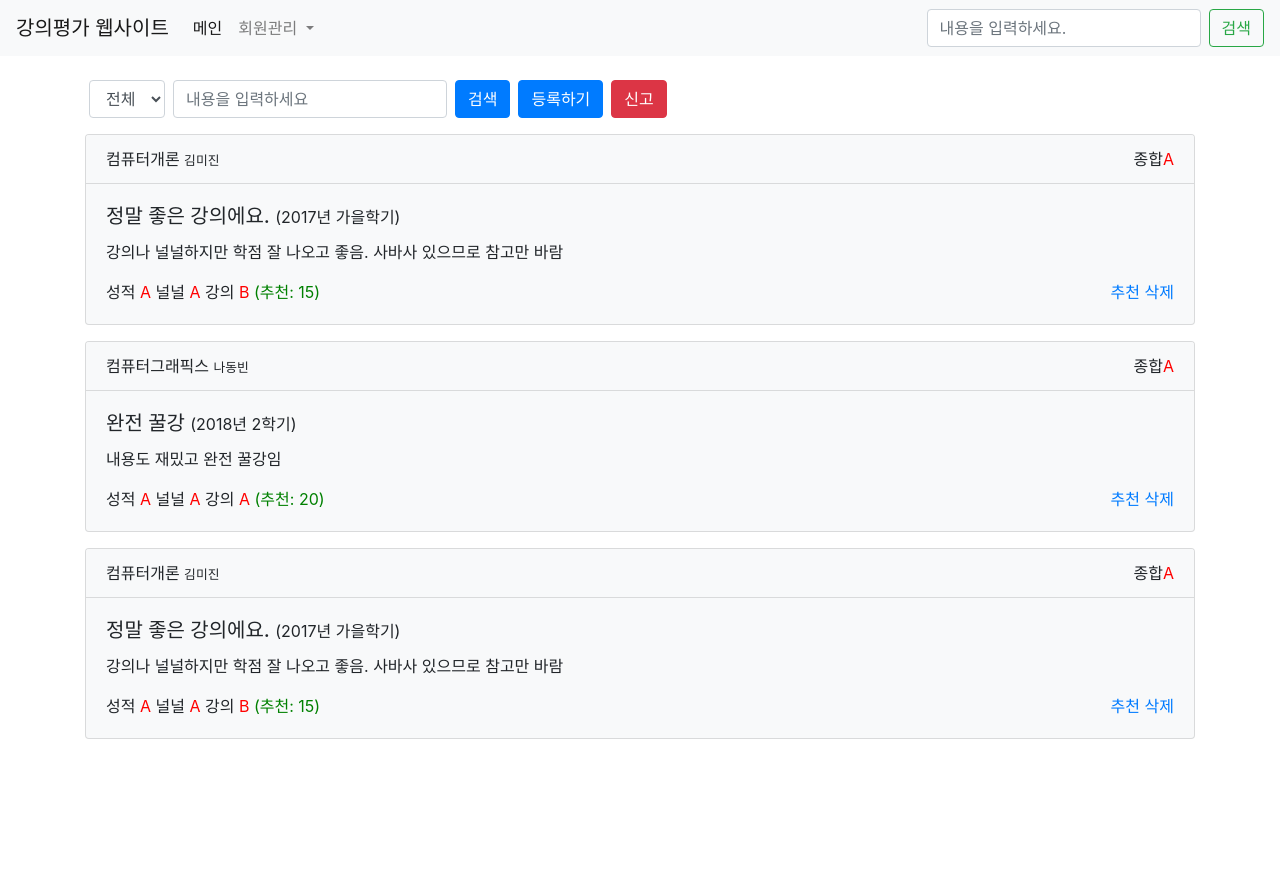
Repository: mijin99/lecture-evaluation
Page: http://localhost/Lecture_Evaluation/
An editor plug-in stored every save of this project. The page is shown before and after the next save, followed by the edit.
The browser window is 1280 px wide. The pictures show the whole page.
The page is served by Tomcat 9. Other server files are loaded and not shown.

Above is the page before, as saved 2020-12-24 17:34:11.

### Lecture Evaluation/WebContent/index.jsp
<%@ page language="java" contentType="text/html; charset=UTF-8"
    pageEncoding="UTF-8"%> <!--  한글로 -->
    <!-- PUBLIC부터 쭉 지움 -> HTML5 사용을 위해  -->
<!DOCTYPE html>
<html>
<head>
	<meta http-equiv="Content-Type" content="text/html; charset=UTF-8">
	<!-- 반응형웹이기 때문에 뷰 포트에 관련한 메타태그를 넣어줘야함 /디바이스너비                           -->
	<meta name ="viewport" content="width=device-width, initial-scale=1, Shrink-to-fit =no" >
	<title>강의평가 웹사이트</title>
	<!--  부트스트랩 css추가 -->
	<link rel="stylesheet" href="./css/bootstrap.min.css">
	<!--  커스텀 css추가 -->
	<link rel="stylesheet" href="./css/custom.css">
</head>
<body>
	<!--네비게이션  바 (HTML5부터)/부트스트랩이 제공 밝은 하양바-->
	<nav class="navbar navbar-expand-lg navbar-light bg-light">
		<!-- 부트스트랩안에서 로고 같은거 출력 -->
		<a class="navbar-brand" href="index.jsp">강의평가 웹사이트</a>
		<!-- 누르면 navbar id요소가 보였다 안보였다. -->
		<button class="navbar-toggler" type="button" data-toggle="collapse" data-target="#navbar">
			<!-- 점 3개 아이콘 -->
			<span class="navbar-toggler-icon"></span>
		</button>
		<!-- 버튼 눌러서 나타났다, 사라졌다 하는 부분  #navbar << 이거-->
		<div id="navbar" class="collapse navbar-collapse">
			<ul class="navbar-nav mr-auto">
				<li class="nav-item active">
					<a class="nav-link" href="index.jsp">메인</a>
				</li>
				<!-- 누르면 목록나옴 dropdown  -->
				<li class="nav-item dropdown">
				<!-- 눌르면 나타났다 사라졌다.. toggle -->
					<a class="nav-link dropdown-toggle" id="dropdown" data-toggle="dropdown">
						회원관리
					</a>
					<div class="dropdown-menu" aria-labelledby="dropdown">
						<a class="dropdown-item" href="#">로그인</a>
						<a class="dropdown-item" href="#">회원가입</a>
						<a class="dropdown-item" href="#">로그아웃</a>
					</div>
				</li>
			</ul>
			<!-- 검색창  -->
			<form class="form-inline my-2 my-lg-0">
				<input class="form-control mr-sm-2" type="search" placeholder="내용을 입력하세요." aria-label="Search">
					<!-- 전송버튼 -->
				<button class="btn btn-outline-success my-2 my-sm-0" type="submit">검색</button>
			</form>
		</div>
	</nav>

	<!-- 본문 내용 -->   <!-- 컨테이너 - 반응형 -->
	<section class="container">						<!-- 위로 마진 3 -->
		<form method="get" action="./index.jsp" class="form-inline mt-3">
			<!-- 강의 구분  -->								<!-- 마진 -->
			<select name="lectureDivide" class="form-control mx-1 mt-2">
				<option value="전체">전체</option>
				<option value="전공">전공</option>
				<option value="교양">교양</option>
				<option value="기타">기타</option>
			</select>
			<input type="text" name="search" class="form-control mx-1 mt-2" placeholder="내용을 입력하세요">
			<button type="submit" class="btn btn-primary mx-1 mt-2">검색</button>
			<!-- 모달창으로 강의평가 등록하기 -->						<!-- 웹페이지 위쪽 등록양식 -->
			<a class="btn btn-primary mx-1 mt-2" data-toggle="modal" href="#registerModal">등록하기</a>
			<a class="btn btn-danger mx-1 mt-2" data-toggle="modal" href="#reportModal">신고</a>
		</form>


		<!-- 강의평가 등록했을 때 보이는 모습 카드-->
		<div class="card bg-light mt-3">
			<!-- 카드 헤더 -->
			<div class="card-header bg-light">
				<div class="row">
					<div class="col-8 text-left">컴퓨터개론&nbsp;<small>김미진</small></div>
					<div class="col-4 text-right">
						종합<span style="color :red;">A</span>
					</div>
				</div>
			</div>

			<!-- 카드 바디부분 -->
			<div class="card-body">
				<h5 class="card-title">
					정말 좋은 강의에요.&nbsp;<small>(2017년 가을학기)</small>
				</h5>
				<p class="card-text">강의나 널널하지만 학점 잘 나오고 좋음. 사바사 있으므로 참고만 바람
				<div class="row">
					<div class="col-9 text-left">
						성적 <span style="color :red;"> A</span>
						널널 <span style="color :red;"> A</span>
						강의 <span style="color :red;"> B</span>
						<span style="color:green;">(추천: 15)</span>
					</div>
					<!-- 추천         텍스트 오른쪽 정렬  -->
					<div class="col-3 text-right">
						<a onclick="return contirm('추천하시겠습니까?')" href="./likeAction.jsp?evaluationID=">추천</a>
						<a onclick="return contirm('삭제하시겠습니까?')" href="./deleteAction.jsp?evaluationID=">삭제</a>
					</div>
				</div>
			</div>
		</div>


		<!-- 카드 추가 2 -->
		<!-- 강의평가 등록했을 때 보이는 모습 카드-->
		<div class="card bg-light mt-3">
			<!-- 카드 헤더 -->
			<div class="card-header bg-light">
				<div class="row">
					<div class="col-8 text-left">컴퓨터그래픽스&nbsp;<small>나동빈</small></div>
					<div class="col-4 text-right">
						종합<span style="color :red;">A</span>
					</div>
				</div>
			</div>

			<!-- 카드 바디부분 -->
			<div class="card-body">
				<h5 class="card-title">
					완전 꿀강&nbsp;<small>(2018년 2학기)</small>
				</h5>
				<p class="card-text">내용도 재밌고 완전 꿀강임
				<div class="row">
					<div class="col-9 text-left">
						성적 <span style="color :red;"> A</span>
						널널 <span style="color :red;"> A</span>
						강의 <span style="color :red;"> A</span>
						<span style="color:green;">(추천: 20)</span>
					</div>
					<!-- 추천         텍스트 오른쪽 정렬  -->
					<div class="col-3 text-right">
						<a onclick="return contirm('추천하시겠습니까?')" href="./likeAction.jsp?evaluationID=">추천</a>
						<a onclick="return contirm('삭제하시겠습니까?')" href="./deleteAction.jsp?evaluationID=">삭제</a>
					</div>
				</div>
			</div>
		</div>

		<!-- 카드추가3 -->
		<!-- 강의평가 등록했을 때 보이는 모습 카드-->
		<div class="card bg-light mt-3">
			<!-- 카드 헤더 -->
			<div class="card-header bg-light">
				<div class="row">
					<div class="col-8 text-left">컴퓨터개론&nbsp;<small>김미진</small></div>
					<div class="col-4 text-right">
						종합<span style="color :red;">A</span>
					</div>
				</div>
			</div>

			<!-- 카드 바디부분 -->
			<div class="card-body">
				<h5 class="card-title">
					정말 좋은 강의에요.&nbsp;<small>(2017년 가을학기)</small>
				</h5>
				<p class="card-text">강의나 널널하지만 학점 잘 나오고 좋음. 사바사 있으므로 참고만 바람
				<div class="row">
					<div class="col-9 text-left">
						성적 <span style="color :red;"> A</span>
						널널 <span style="color :red;"> A</span>
						강의 <span style="color :red;"> B</span>
						<span style="color:green;">(추천: 15)</span>
					</div>
					<!-- 추천         텍스트 오른쪽 정렬  -->
					<div class="col-3 text-right">
						<a onclick="return contirm('추천하시겠습니까?')" href="./likeAction.jsp?evaluationID=">추천</a>
						<a onclick="return contirm('삭제하시겠습니까?')" href="./deleteAction.jsp?evaluationID=">삭제</a>
					</div>
				</div>
			</div>
		</div>

	</section>



	<!-- 등록하기 모달창 -->
	<div class="modal fade" id="registerModal" tabindex="-1" role="dialog" aria-labelledby="modal" aria-hidden="true">
		<!-- 모달창임을 알려줌 -->
		<div class="modal-dialog">
			<!-- 모달 창 안에 내용 정의-->
			<div class="modal-content">
				<!-- 헤더와 바디로 구성 -->
				<div class="modal-header">
					<h5 class="modal-title" id="modal">평가등록</h5>
					<!-- 닫기버튼 누르면 닫히게 -->
					<button type="button" class="close" data-dismiss="modal" aria-label="Close">
						<span aria-hidden="true">&times;</span>
					</button>
				</div>
				<div class="modal-body">
					<!-- 평가 등록 요청 -->
					<form action="./evaluationRegisterAction.jsp" method="post">
						<!-- 하나의 행을 여러개 열로 나눌때  1행-->
						<div class="form-row">
							<!-- 컬럼 -->
							<div class="form-group col-sm-6">
								<label>강의명</label>
								<input type="text" name="lectureName" class="form-control" maxlength="20">
							</div>
							<div class="form-group col-sm-6">
								<label>교수명</label>
								<input type="text" name="professorName" class="form-control" maxlength="20">

							</div>
						</div>

						<!-- 2행 -->
						<div class="form-row">
							<!-- 폼그룹 - 무언가 선택할 때  -->
							<div class="form-group col-sm-4">
								<label>수강 연도</label>
								<select name="lectureYear" class="form-control">
									<option value="2011">2011</option>
									<option value="2012">2012</option>
									<option value="2013">2013</option>
									<option value="2014">2014</option>
									<option value="2015">2015</option>
									<option value="2016">2016</option>
									<option value="2017">2017</option>
									<option value="2018">2018</option>
									<option value="2019">2019</option>
									<option value="2020" selected>2020</option>
									<option value="2021">2021</option>
									<option value="2022">2022</option>
									<option value="2023">2023</option>
								</select>
							</div>
							<div class="form-group col-sm-4">
								<label>수강 학기</label>
								<select name="semesterDivide" class="form-control">
									<option value="1학기" selected>1학기 </option>
									<option value="여름학기" >여름학기 </option>
									<option value="2학기" >2학기 </option>
									<option value="겨울학기" >겨울학기 </option>
								</select>
							</div>

							<div class="form-group col-sm-4">
								<label>강의 구분</label>
								<select name="lectureDivide" class="form-control">
									<option value="전공" selected>전공 </option>
									<option value="교양" >교양 </option>
									<option value="기타" >기타 </option>
								</select>
							</div>
						</div>

						<!-- 실제 강의 평가 내용 3행 -->
						<div class="form-group">
							<label>제목</label>
							<input type="text" name="evaluationTime" class="form-control" maxlength="30">
						</div>

						<div class="form-group">
							<label>내용</label>
							<textarea  name="evaluationContext" class="form-control" maxlength="2048" style="height:180px;"></textarea>
						</div>

						<!-- 1개의 행을 여러개로 -->
						<div class="form-row">
							<div class="form-group col-sm-3">
							<label>종합</label>
								<select name="totalScore" class="form-control">
									<option value="A" selected>A</option>
									<option value="B" selected>B</option>
									<option value="C" selected>C</option>
									<option value="D" selected>D</option>
									<option value="F" selected>F</option>
								</select>
							</div>

							<div class="form-group col-sm-3">
							<label>성적</label>
								<select name="creditScore" class="form-control">
									<option value="A" selected>A</option>
									<option value="B" selected>B</option>
									<option value="C" selected>C</option>
									<option value="D" selected>D</option>
									<option value="F" selected>F</option>
								</select>
							</div>

							<div class="form-group col-sm-3">
							<label>널널</label>
								<select name="comfortableScore" class="form-control">
									<option value="A" selected>A</option>
									<option value="B" selected>B</option>
									<option value="C" selected>C</option>
									<option value="D" selected>D</option>
									<option value="F" selected>F</option>
								</select>
							</div>

							<div class="form-group col-sm-3">
							<label>강의</label>
								<select name="lectureScore" class="form-control">
									<option value="A" selected>A</option>
									<option value="B" selected>B</option>
									<option value="C" selected>C</option>
									<option value="D" selected>D</option>
									<option value="F" selected>F</option>
								</select>
							</div>
						</div>
						<!-- 모달 헤더, 바디 ,푸터 -->
						<div class="modal-footer">
							<button  type="button" class="btn btn-secondary" data-dismiss="modal">취소</button>
							<button type="submit" class="btn btn-primary">등록하기</button>
						</div>
					</form>
				</div>
			</div>
		</div>
	</div>

	<!-- 신고하기 모달창 -->
	<div class="modal fade" id="reportModal" tabindex="-1" role="dialog" aria-labelledby="modal" aria-hidden="true">
			<!-- 모달창임을 알려줌 -->
			<div class="modal-dialog">
				<!-- 모달 창 안에 내용 정의-->
				<div class="modal-content">
					<!-- 헤더와 바디로 구성 -->
					<div class="modal-header">
						<h5 class="modal-title" id="modal">신고하기</h5>
						<!-- 닫기버튼 누르면 닫히게 -->
						<button type="button" class="close" data-dismiss="modal" aria-label="Close">
							<span aria-hidden="true">&times;</span>
						</button>
					</div>
					<div class="modal-body">
						<!-- 신고 요청 -->
						<form action="./reportAction.jsp" method="post">

							<!-- 실제 강의 평가 내용 3행 -->
							<div class="form-group">
								<label>신고 제목</label>
								<input type="text" name="reportTitle" class="form-control" maxlength="30">
							</div>

							<div class="form-group">
								<label>신고 내용</label>
								<textarea  name="reportContent" class="form-control" maxlength="2048" style="height:180px;"></textarea>
							</div>

							<!-- 모달 헤더, 바디 ,푸터 -->
							<div class="modal-footer">
								<button  type="button" class="btn btn-secondary" data-dismiss="modal">취소</button>
								<button type="submit" class="btn btn-danger">신고하기</button>
							</div>
						</form>
					</div>
				</div>
			</div>
		</div>

	<!--  -->
	<footer class="bh-dark mt-4 p-5 text-center" style="color: #FFFFFF;">
		Copyright &copy; 2018나동빈 All Rights Reserved.
	</footer>

	<!-- 제이쿼리 자바스크립트 추가, 보통 바디 쪽에 아래씀 기본틀 -->
	<script src="./js/jquery.min.js"></script>
	<!-- 파퍼 자바스크립트 추가-->
	<script src="./js/popper.js"></script>
	<!-- 부트스트랩 자바스크립트 추가-->
	<script src="./js/bootstrap.min.js"></script>
</body>
</html>

### Lecture Evaluation/WebContent/css/custom.css
<!--커스텀의 경우 덮어쓰기 , 웹폰트 ,색깔 등등 -->

@import url(https://fonts.googleapis.com/earlyaccess/jejugothic.css);
@import url(http://fonts.googleapis.com/earlyaccess/nanumgothic.css);

Loaded but not shown: Lecture Evaluation/WebContent/css/bootstrap.min.css (library); Lecture Evaluation/WebContent/js/jquery.min.js (library); Lecture Evaluation/WebContent/js/popper.js (library); Lecture Evaluation/WebContent/js/bootstrap.min.js (library)

After the next save:
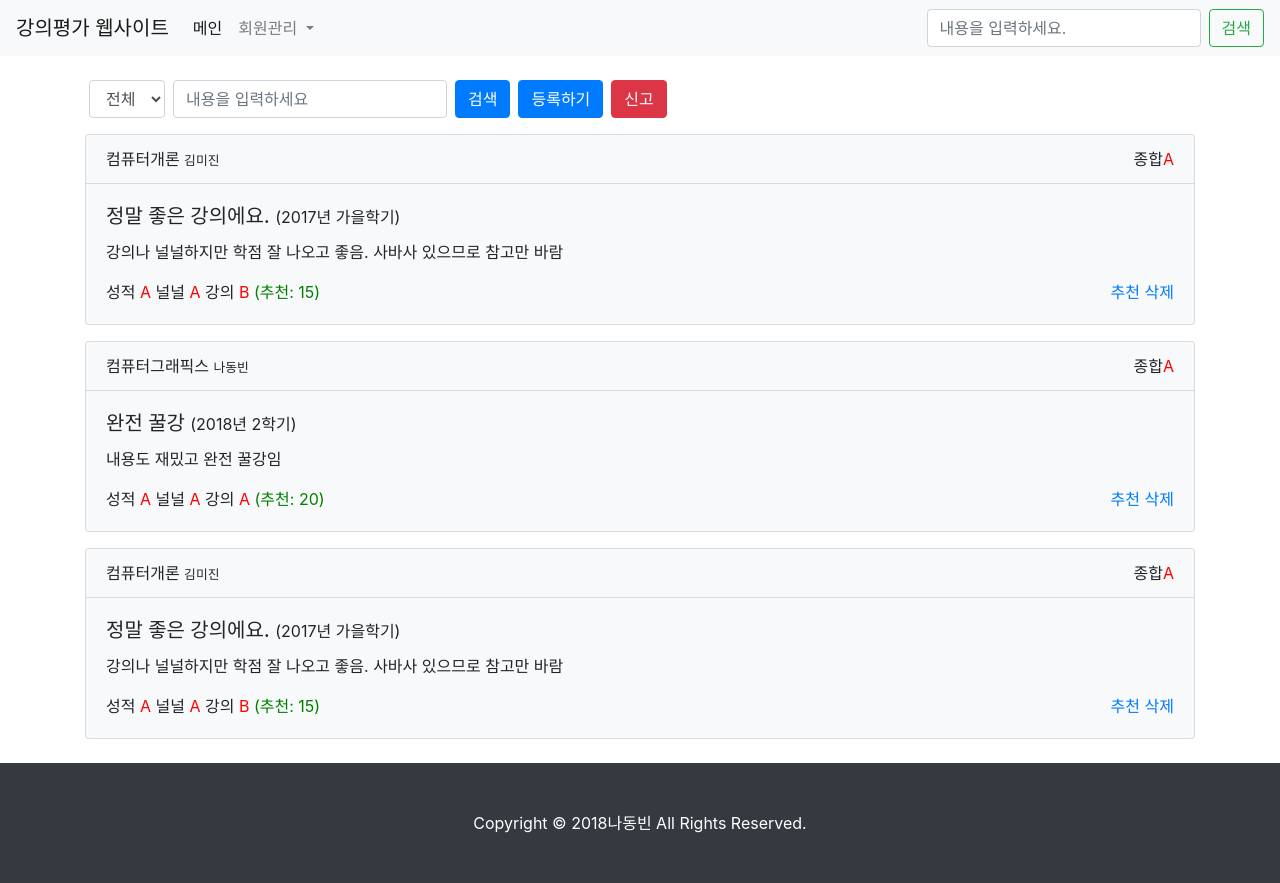
Saved 23 s later.
--- a/Lecture Evaluation/WebContent/index.jsp
+++ b/Lecture Evaluation/WebContent/index.jsp
@@ -359,7 +359,7 @@
 		</div>
 
 	<!--  -->
-	<footer class="bh-dark mt-4 p-5 text-center" style="color: #FFFFFF;">
+	<footer class="bg-dark mt-4 p-5 text-center" style="color: #FFFFFF;">
 		Copyright &copy; 2018나동빈 All Rights Reserved.
 	</footer>
 
